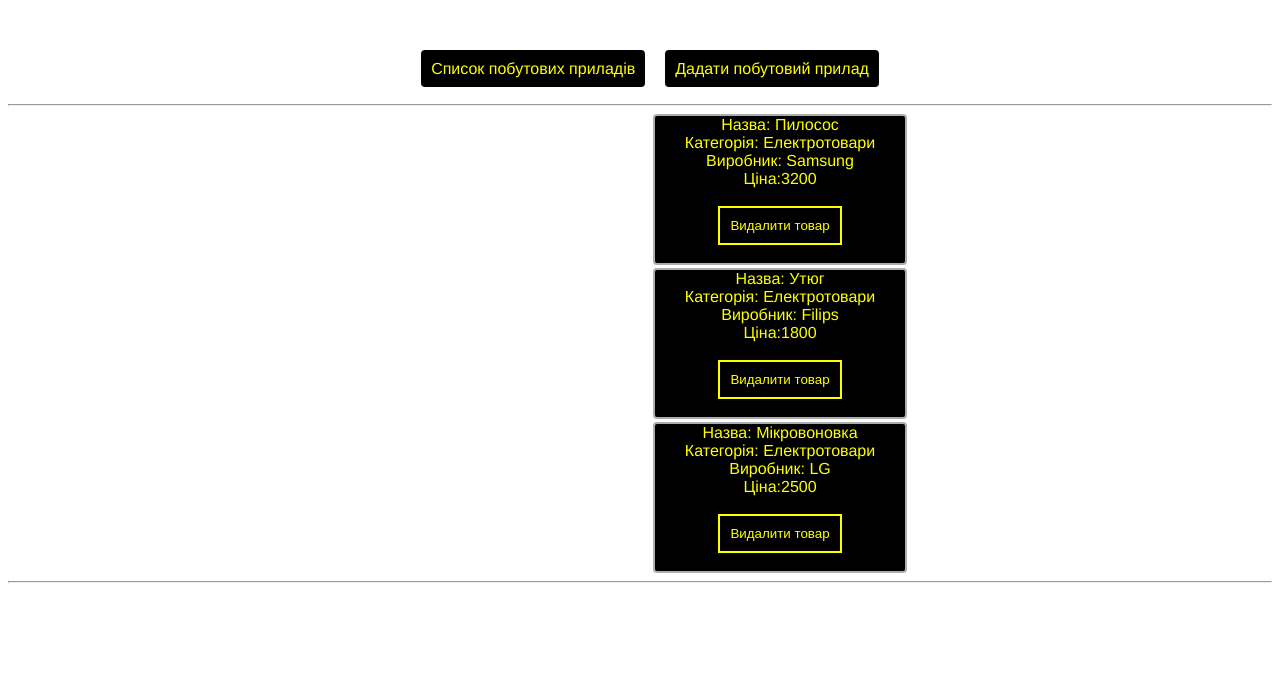
Repository: KYUUBI-K/Labs-from-2-course-
Page: /#/ (app in mkr2-v5/)
The author's editor kept a copy of each file at every save. The page is drawn from the files as they stood at one save, then again after the next save.
The browser window is 1280 px wide. The pictures show the whole page.
The project was rebuilt for these pictures with package versions that can differ from the ones it lists, and the page was loaded fresh each time. Also part of the build but not shown: mkr2-v5/src/pages/AddHouseholdGoods/index.vue.

Above is the page before, as saved 2021-12-21 11:18:48.

### mkr2-v5/src/main.js
import Vue from 'vue'
import App from './App.vue'
import VueRouter from 'vue-router'
import router from './router'
import store from './store'

Vue.use(VueRouter)
Vue.config.productionTip = false

new Vue({
  store,
  router,
  render: h => h(App),
}).$mount('#app')

### mkr2-v5/src/App.vue
<template>
  <div id="app">
    <div class="menu">
      <router-link to="/" class="pages">Список побутових приладів</router-link>
      <router-link to="/addHouseholdGoods" class="pages">Дадати побутовий прилад</router-link>
    </div>
    <br>
    <hr>
    <div>
      <router-view></router-view>
    </div>
    <hr>
  </div>
</template>

<script>


export default {
  name: 'App',
  components: {

  }
}
</script>

<style>
#app {
  font-family: Avenir, Helvetica, Arial, sans-serif;
  -webkit-font-smoothing: antialiased;
  -moz-osx-font-smoothing: grayscale;
  text-align: center;
  color: #2c3e50;
  margin-top: 60px;
}

.pages {
  border-radius: 4px;
  background-color: black;
  margin-left: 20px;
  padding: 10px;
  color: yellow;
  text-decoration: none;
}
</style>

### mkr2-v5/src/router.js
import HouseholdGoodsList from "@/components/HouseholdGoodsList"
import AddHouseholdGoods from "@/pages/AddHouseholdGoods"
import VueRouter from "vue-router"

const routes = [
    {path: '/', component: HouseholdGoodsList},
    {path: '/addHouseholdGoods', component: AddHouseholdGoods},
]

const router = new VueRouter({routes})

export default router

### mkr2-v5/src/store/index.js
import Vue from 'vue'
import Vuex from 'vuex'

Vue.use(Vuex)

const store = new Vuex.Store({
    state: {
        householdGoodsList: [
            {
                name: 'Пилосос',
                category: 'Електротовари',
                producer: "Samsung",
                price: 3200
            },
            {
                name: 'Утюг',
                category: 'Електротовари',
                producer: "Filips",
                price: 1800
            },
            {
                name: 'Мікровоновка',
                category: 'Електротовари',
                producer: "LG",
                price: 2500
            },
        ],
    },
    getters: {
        getHouseholdGoodsList: ({ householdGoodsList }) => householdGoodsList,
    },
    mutations: {
        addNewHouseholdGoods(state, dataObj) {
            state.householdGoodsList.push({
                ...dataObj
            })
        },
        delHouseholdGoods(state, name, category, producer, price) {
            state.householdGoodsList = state.householdGoodsList.filter(item=>(item.name != name))
            state.householdGoodsList = state.householdGoodsList.filter(item=>(item.category != category))
            state.householdGoodsList = state.householdGoodsList.filter(item=>(item.producer != producer))
            state.householdGoodsList = state.householdGoodsList.filter(item=>(item.price != price))
        },
    },
    actions: {
        addHouseholdGoods({commit}, data) {
            commit('addNewHouseholdGoods', data)
        },
        delateHouseholdGoods({commit}, data) {
            commit('delHouseholdGoods', data)
        },
    }
})

export default store

### mkr2-v5/src/components/HouseholdGoodsList/index.vue
<template>
    <div class="householdGoodsList">
        <household-goods-item v-for="householdGoods in getHouseholdGoodsList" :key="householdGoods.id"
            :householdGoods="householdGoods"
        />
    </div>
</template>

<script>
import HouseholdGoodsItem from "./HouseholdGoodsItem";
import { mapGetters } from "vuex"
    export default {
        name: 'HouseholdGoodsList',
        components: {
            HouseholdGoodsItem
        },
        computed: {
            ...mapGetters(['getHouseholdGoodsList'])
        },
    }
</script>

<style lang="css" scoped>
.householdGoodsList {
    margin-left: 642px;
}
</style>

### mkr2-v5/src/components/HouseholdGoodsList/HouseholdGoodsItem/index.vue
<template>
    <div class="householdGoods">
        <div>Назва: {{householdGoods.name}}<br> Категорія: {{householdGoods.category}}<br> Виробник: {{householdGoods.producer}}<br> Ціна:{{householdGoods.price}}<br><br> <button @click="delatehouseholdGoods">Видалити товар</button> <br> <br></div>
    </div>
</template>

<script>
import { mapActions } from "vuex";
    export default {
        name: 'HouseholdGoodsItem',
        props: {
            householdGoods: {
                type: Object,
                default: ()=>({})
            },
        },
        data() {
            return {

            }
        },
        methods: {
            ...mapActions(['delateHouseholdGoods']),
            delatehouseholdGoods() {
                this.delateHouseholdGoods(
                    this.householdGoods.name,
                    this.householdGoods.category,
                    this.householdGoods.producer,
                    this.householdGoods.price
                )
                this.$router.push({ path: '/' })
            }
        },
    }
</script>

<style lang="css" scoped>
.householdGoods {
    width: 250px;
    border: 2px solid rgb(173, 173, 173);
    margin: 3px;
    border-radius: 4px;
    color: yellow;
    background: black;
}

button {
    font-family: sans-serif;
    background: black;
    color: yellow;
    padding: 10px;
    border: 2px solid black;
    border-color: yellow;
}
</style>

Loaded but not shown: mkr2-v5/public/index.html (common file)

After the next save:
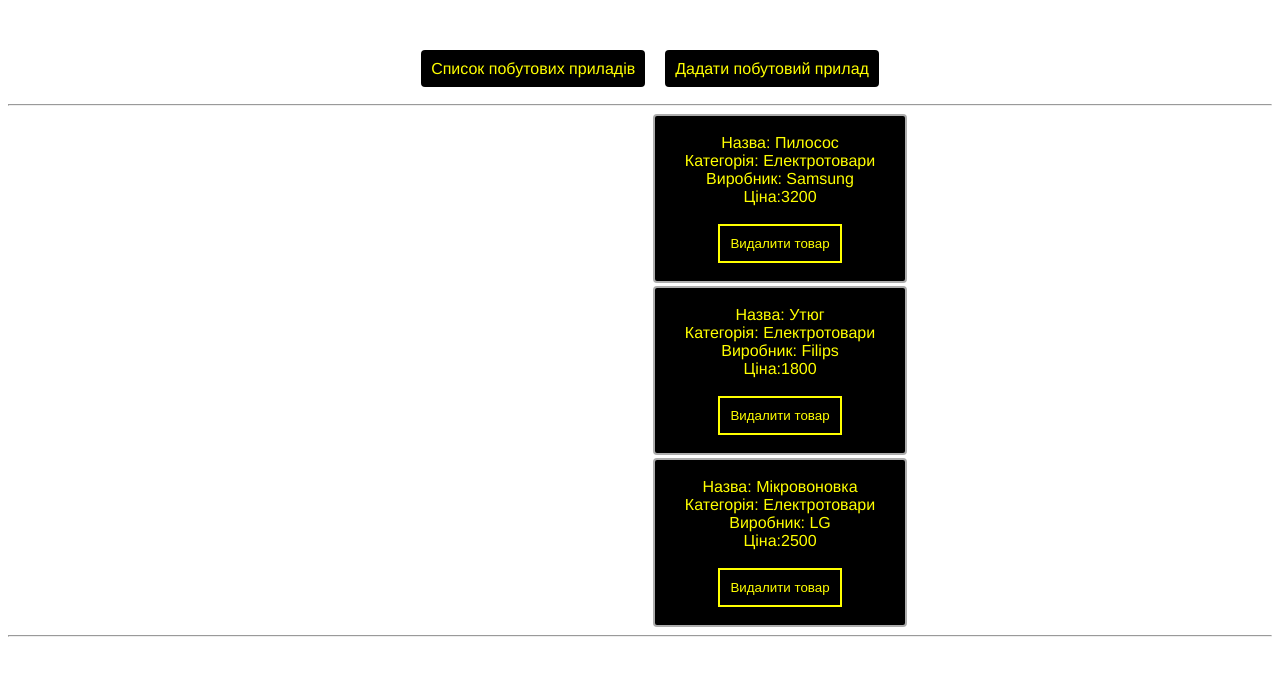
Saved 11 min 50 s later.
--- a/mkr2-v5/src/components/HouseholdGoodsList/HouseholdGoodsItem/index.vue
+++ b/mkr2-v5/src/components/HouseholdGoodsList/HouseholdGoodsItem/index.vue
@@ -1,6 +1,6 @@
 <template>
     <div class="householdGoods">
-        <div>Назва: {{householdGoods.name}}<br> Категорія: {{householdGoods.category}}<br> Виробник: {{householdGoods.producer}}<br> Ціна:{{householdGoods.price}}<br><br> <button @click="delatehouseholdGoods">Видалити товар</button> <br> <br></div>
+        <div><br>Назва: {{householdGoods.name}}<br> Категорія: {{householdGoods.category}}<br> Виробник: {{householdGoods.producer}}<br> Ціна:{{householdGoods.price}}<br><br> <button @click="delatehouseholdGoods">Видалити товар</button> <br> <br></div>
     </div>
 </template>
 
